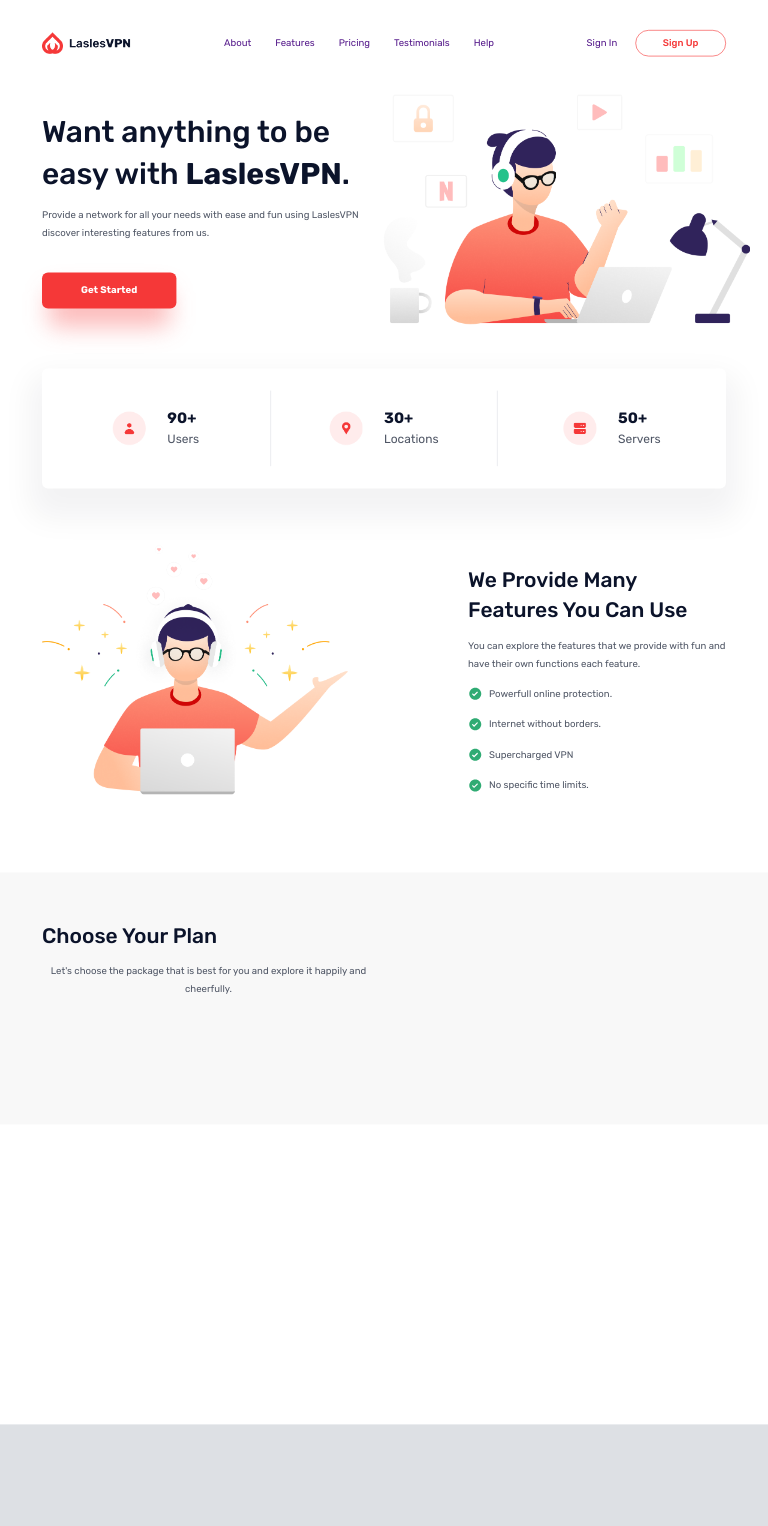
Repository: dangpham205/LaslesVPN-Landing-Page
Page: index.html
An editor plug-in stored every save of this project. The page is shown before and after the next save, followed by the edit.
The browser window is 1280 px wide. The pictures show the whole page, at 60% of full size.

Above is the page before, as saved 2022-07-20 11:26:05.

After the next save:
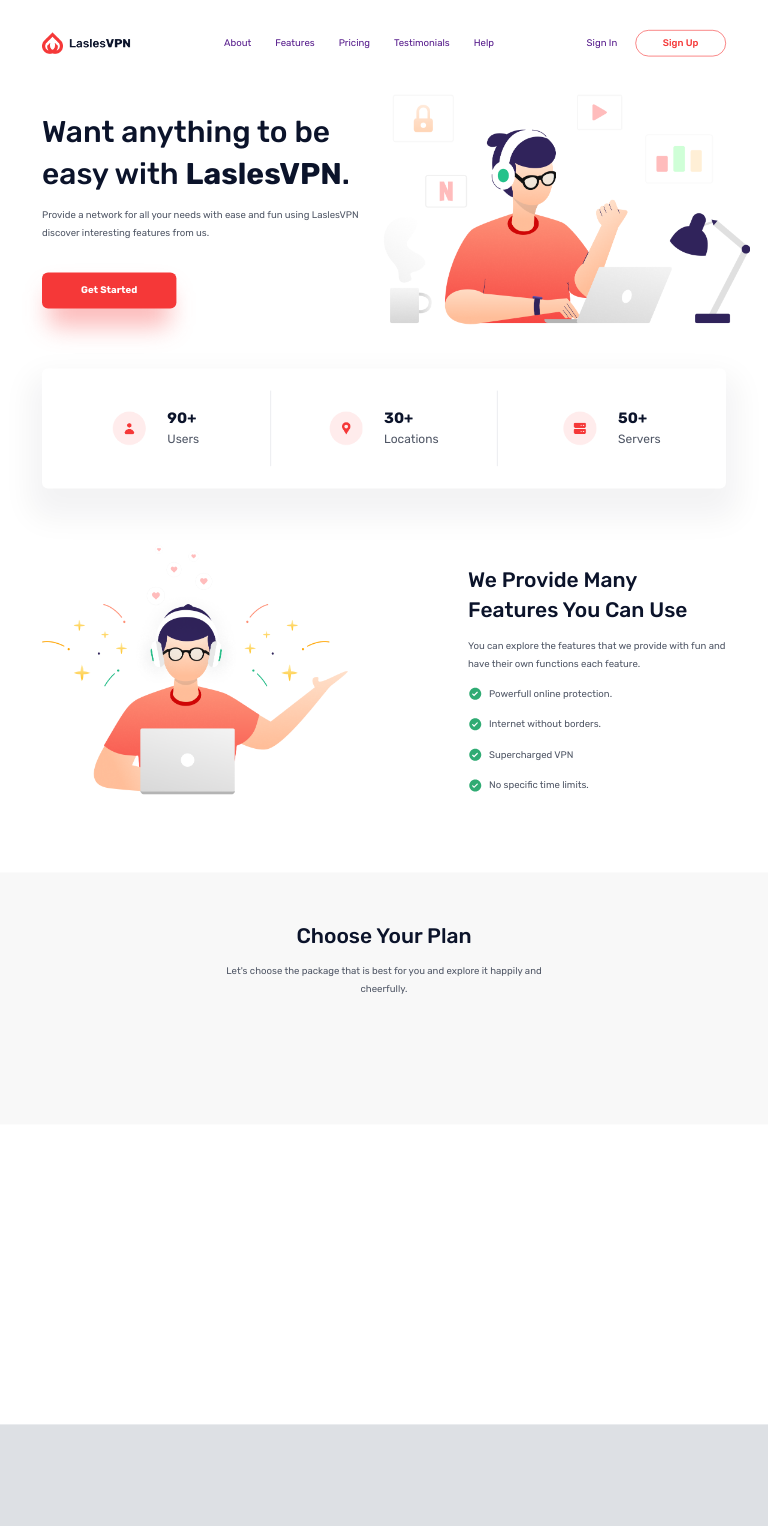
Saved 75 s later.
--- a/index.html
+++ b/index.html
@@ -138,9 +138,13 @@
             <section class="plan">
                 <div class="container">
                     <div class="plan__container">
-                        <h3 class="plan__title heading">Choose Your Plan</h3>
-                        <p class="plan__desc text">Let's choose the package that is best for you and explore it happily and cheerfully.</p>
+                        <div class="plan__header">
+                            <h3 class="plan__title heading">Choose Your Plan</h3>
+                            <p class="plan__desc text">Let's choose the package that is best for you and explore it happily and cheerfully.</p>
+                        </div>
+                        <div class="plan__list">
 
+                        </div>
                     </div>
                 </div>
             </section>
